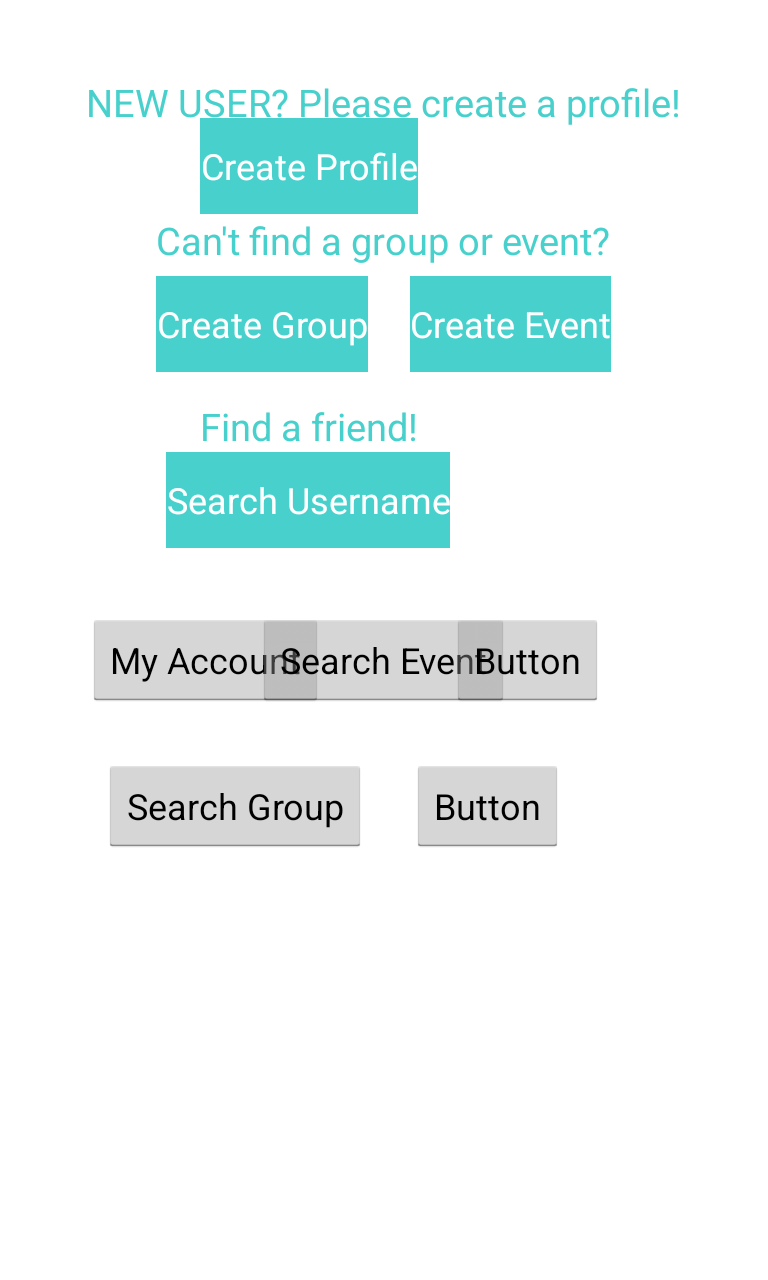
Repository: COMP231-S63G1/COMP231-S63G1
Layout: Wanna/res/layout/activity_person_login_success.xml
An editor plug-in stored every save of this project. The layout is shown before and after the next save, followed by the edit.
It is drawn on a 768 x 1280 px phone screen (xhdpi) without system bars, with theme AppTheme; the app's code is not run.

Above is the layout before, as saved 2014-12-08 03:20:52.

After the next save:
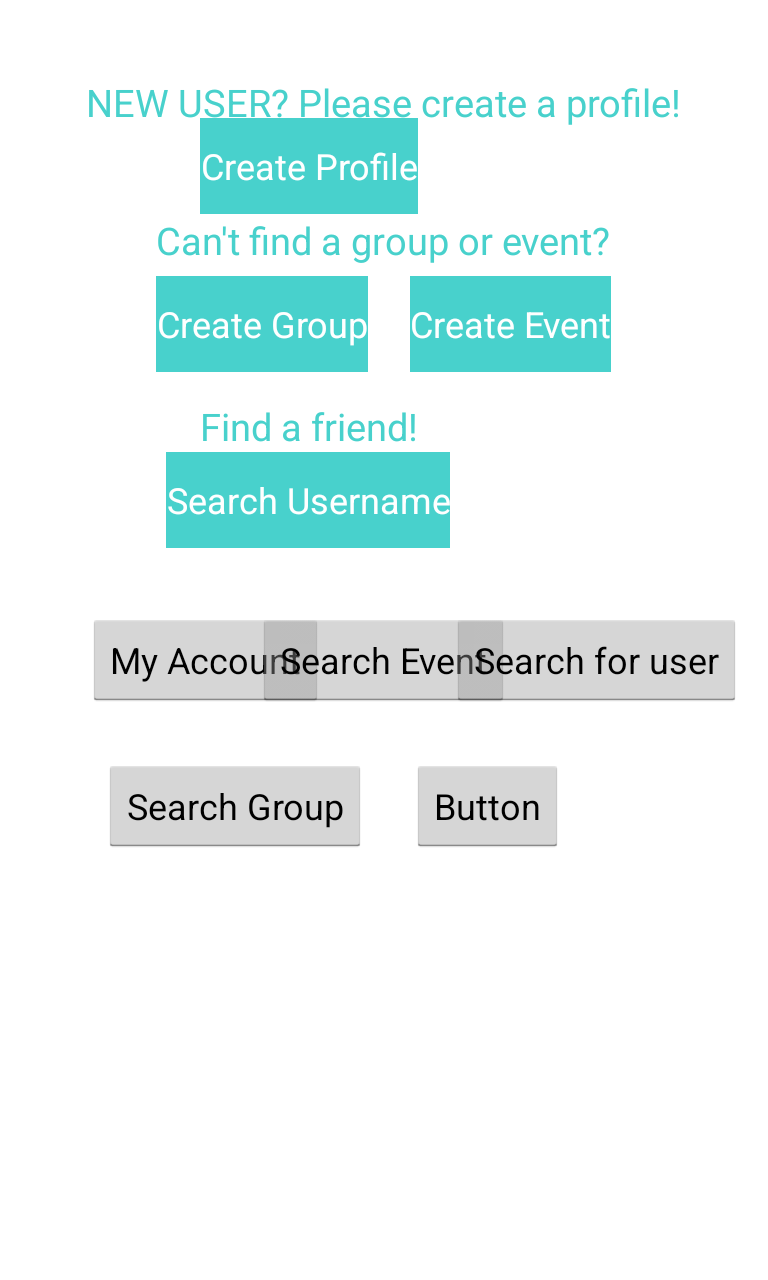
Saved 28 s later.
--- a/Wanna/res/layout/activity_person_login_success.xml
+++ b/Wanna/res/layout/activity_person_login_success.xml
@@ -128,7 +128,9 @@
         android:layout_alignBaseline="@+id/button5"
         android:layout_alignBottom="@+id/button5"
         android:layout_toRightOf="@+id/button1"
-        android:text="Button" />
+        android:text="Search for user"
+        android:onClick="searchfilterationclick"
+        />
 
     <Button
         android:id="@+id/button7"
